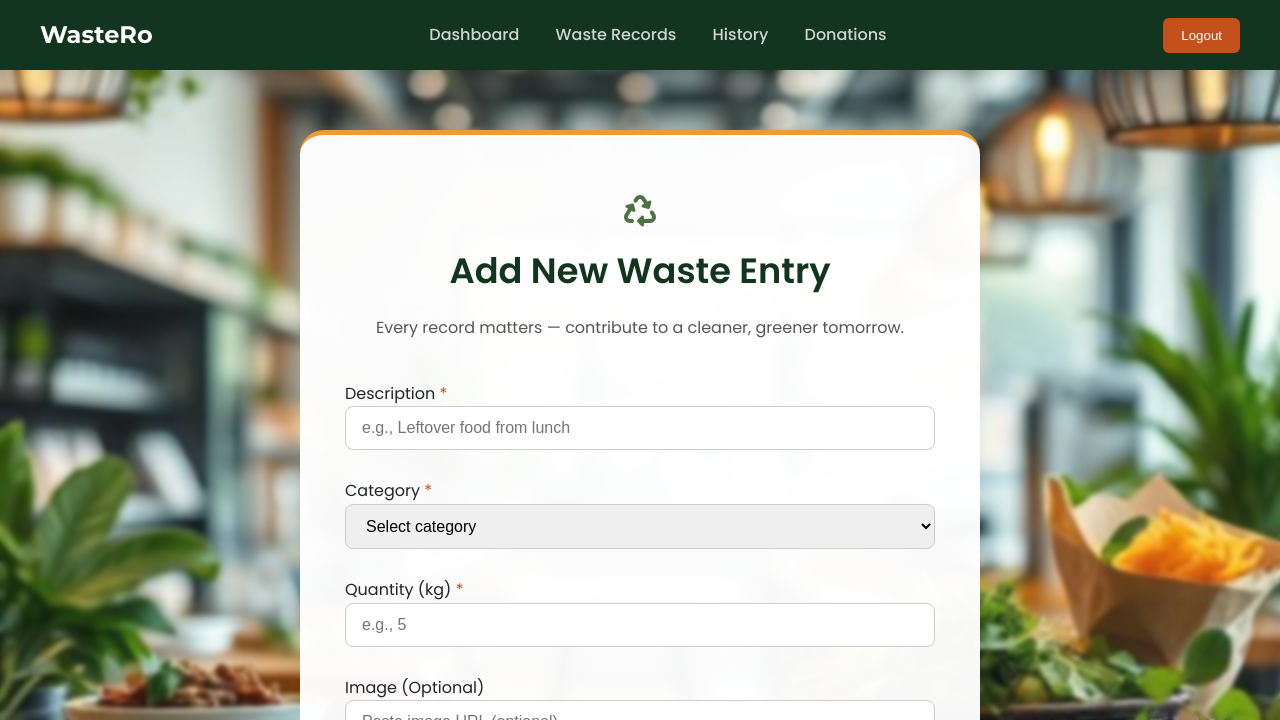
Repository: mahekagrawal25/restaurant-waste-management
Page: frontend/addwaste.html
These files come from the project's save history. The page is drawn as it stood at one moment and after a run of saves; the edit follows.
The browser window is 1280 px wide. The pictures show the whole page.
An inner scrolling area shows only its first screen.

Above is the page before, as saved 2025-04-26 13:20:42.

### frontend/addwaste.html
<!DOCTYPE html>
<html lang="en">
  <head>
    <meta charset="UTF-8" />
    <meta name="viewport" content="width=device-width, initial-scale=1.0" />
    <title>Add Waste - WasteRo</title>
    <link rel="stylesheet" href="ngostyle.css" />
    <link
      rel="stylesheet"
      href="https://cdnjs.cloudflare.com/ajax/libs/font-awesome/6.4.0/css/all.min.css"
    />
    <link
      href="https://fonts.googleapis.com/css2?family=Poppins:wght@400;500;600&family=Montserrat:wght@700&display=swap"
      rel="stylesheet"
    />

    <style>
      :root {
        --dark-green: #13341E;
        --fern-green: #4E7145;
        --gamboge: #EB9C35;
        --sinopia: #C4501B;
        --sienna: #8A2B13;
      }

      html,
      body {
        margin: 0;
        padding: 0;
        height: 100%;
        overflow: hidden;
        font-family: "Poppins", sans-serif;
        background: url("./images/restro10.jpeg") no-repeat center center fixed;
        background-size: cover;
      }

      .page-wrapper {
        height: calc(100vh - 80px);
        display: flex;
        justify-content: center;
        align-items: flex-start;
        padding: 60px 20px 20px 20px;
        background-color: rgba(255, 255, 255, 0.05);
        backdrop-filter: blur(2px);
        -webkit-backdrop-filter: blur(2px);
        overflow-y: auto;
      }

      .waste-card {
        background: rgba(255, 255, 255, 0.97);
        border-radius: 24px;
        box-shadow: 0 12px 30px rgba(19, 52, 30, 0.15);
        width: 100%;
        max-width: 680px;
        padding: 60px 45px;
        box-sizing: border-box;
        border-top: 5px solid var(--gamboge);
      }

      .card-header {
        text-align: center;
        margin-bottom: 40px;
      }

      .card-header h1 {
        font-size: 2.2rem;
        margin: 12px 0;
        color: var(--dark-green);
      }

      .card-header p {
        font-size: 1rem;
        color: #555;
      }

      .card-header i {
        color: var(--fern-green);
      }

      .form-group {
        margin-bottom: 28px;
      }

      input,
      select {
        width: 100%;
        padding: 12px 16px;
        font-size: 1rem;
        border-radius: 8px;
        border: 1px solid #ccc;
        box-sizing: border-box;
      }

      label span {
        color: var(--sinopia);
      }

      .btn-submit {
        width: 100%;
        padding: 14px 20px;
        background-color: var(--fern-green);
        color: white;
        font-weight: 600;
        font-size: 1rem;
        border: none;
        border-radius: 8px;
        cursor: pointer;
        transition: background-color 0.3s ease;
      }

      .btn-submit:hover {
        background-color: var(--dark-green);
      }

      .footer {
        display: none;
      }

      .status-msg {
        margin-top: 20px;
        text-align: center;
        font-weight: 600;
      }

      .status-msg.success {
        color: var(--fern-green);
      }

      .status-msg.error {
        color: var(--sinopia);
      }





      .btn-logout {
        background: var(--sinopia);
        color: white;
        border: none;
        border-radius: 6px;
        padding: 10px 18px;
        cursor: pointer;
        font-weight: 500;
      }

      .btn-logout:hover {
        background: var(--sienna);
      }
    </style>
  </head>

  <body>
    <header class="navbar">
      <div class="nav-container">
        <div class="logo">WasteRo</div>
        <nav>
          <a href="restaurant_dashboard.html">Dashboard</a>
          <a href="waste-records.html" class="active">Waste Records</a>
          <a href="history.html">History</a>
          <a href="donations.html">Donations</a>
        </nav>
        <button id="logoutBtn" class="btn-logout">Logout</button>
      </div>
    </header>

    <div class="page-wrapper">
      <div class="waste-card">
        <div class="card-header">
          <i class="fas fa-recycle fa-2x"></i>
          <h1>Add New Waste Entry</h1>
          <p>
            Every record matters — contribute to a cleaner, greener tomorrow.
          </p>
        </div>

        <form id="addWasteForm" class="waste-form">
          <!-- Optional: user_id can be filled dynamically by backend or JS -->
          <input type="hidden" id="user_id" name="user_id" />

          <div class="form-group">
            <label for="description">Description <span>*</span></label>
            <input
              type="text"
              id="description"
              name="description"
              required
              placeholder="e.g., Leftover food from lunch"
            />
          </div>

          <div class="form-group">
            <label for="category">Category <span>*</span></label>
            <select id="category" name="category" required>
              <option value="">Select category</option>
              <option value="Plastic">Plastic</option>
              <option value="Food">Food</option>
              <option value="Cardboard">Cardboard</option>
              <option value="Glass">Glass</option>
              <option value="Other">Other</option>
            </select>
          </div>

          <div class="form-group">
            <label for="quantity">Quantity (kg) <span>*</span></label>
            <input
              type="number"
              id="quantity"
              name="quantity"
              min="1"
              required
              placeholder="e.g., 5"
            />
          </div>

          <div class="form-group">
            <label for="image_url">Image (Optional)</label>
            <input
              type="url"
              id="image_url"
              name="image_url"
              placeholder="Paste image URL (optional)"
            />
          </div>

          <button type="submit" class="btn-submit">
            <i class="fas fa-paper-plane"></i> Submit Entry
          </button>
          <p id="statusMsg" class="status-msg"></p>
        </form>
      </div>
    </div>

    <footer class="footer">
      <p>&copy; 2025 WasteRo | All rights reserved</p>
    </footer>

    <!-- Optional: Add script for logout and form handling -->
    <script>
      document.getElementById("logoutBtn").addEventListener("click", () => {
        localStorage.removeItem("token"); // or sessionStorage depending on usage
        window.location.href = "index.html";
      });

      // Example submit handler
      document.getElementById("addWasteForm").addEventListener("submit", async (e) => {
        e.preventDefault();
        const form = e.target;
        const data = {
          user_id: document.getElementById("user_id").value,
          description: form.description.value,
          category: form.category.value,
          quantity: form.quantity.value,
          image_url: form.image_url.value
        };

        const statusMsg = document.getElementById("statusMsg");

        try {
          const res = await fetch("http://localhost:5000/api/waste/add", {
            method: "POST",
            headers: {
              "Content-Type": "application/json",
              Authorization: "Bearer " + localStorage.getItem("token"),
            },
            body: JSON.stringify(data)
          });

          const result = await res.json();

          if (res.ok) {
            statusMsg.textContent = "Waste entry submitted successfully!";
            statusMsg.className = "status-msg success";
            form.reset();
          } else {
            statusMsg.textContent = result.message || "Submission failed.";
            statusMsg.className = "status-msg error";
          }
        } catch (error) {
          statusMsg.textContent = "An error occurred. Try again.";
          statusMsg.className = "status-msg error";
        }
      });
    </script>
  </body>
</html>

### frontend/ngostyle.css
/* style.css - Enhanced Modern Elegant Theme */
:root {
  /* Color Palette */
  --dark-green: #13341E;
  --fern-green: #4E7145;
  --gamboge: #EB9C35;
  --sinopia: #C4501B;
  --sienna: #8A2B13;

  /* New Gradient Colors */
  --light-fern: #E8F0E6;
  --pale-gamboge: #FDF4E6;

  /* Supporting Colors */
  --white: #FFFFFF;
  --light-gray: #E9ECEF;
  --text-dark: #212529;
  --text-light: #5A6C5A;
}

/* Base Styles */
body {
  font-family: 'Poppins', sans-serif;
  margin: 0;
  padding: 0;
  background: linear-gradient(135deg, var(--light-fern) 0%, var(--pale-gamboge) 100%);
  color: var(--text-dark);
  line-height: 1.6;
  min-height: 100vh;
}

/* Typography */
h1, h2, h3 {
  font-weight: 600;
  color: var(--dark-green);
}

h1 {
  font-size: 2rem;
  margin-bottom: 1rem;
}

h2 {
  font-size: 1.5rem;
}

h3 {
  font-size: 1.25rem;
}

p {
  color: var(--text-light);
  margin-bottom: 1.5rem;
}

/* Navigation Bar */
.navbar {
  background-color: var(--dark-green);
  padding: 1rem 2rem;
  box-shadow: 0 2px 10px rgba(0, 0, 0, 0.1);
}

.nav-container {
  display: flex;
  justify-content: space-between;
  align-items: center;
  max-width: 1200px;
  margin: 0 auto;
}

.logo {
  font-family: 'Montserrat', sans-serif;
  font-weight: 700;
  font-size: 1.5rem;
  color: var(--white);
}

nav a {
  color: rgba(255, 255, 255, 0.8);
  text-decoration: none;
  margin: 0 1rem;
  font-weight: 500;
  transition: color 0.3s ease;
}

nav a:hover {
  color: var(--white);
}

.btn-logout {
  background-color: var(--sinopia);
  color: var(--white);
  border: none;
  padding: 0.5rem 1.25rem;
  border-radius: 4px;
  font-weight: 500;
  cursor: pointer;
  transition: all 0.3s ease;
}

.btn-logout:hover {
  background-color: var(--sienna);
  transform: translateY(-2px);
}

/* Main Container */
.container {
  max-width: 1200px;
  margin: 2rem auto;
  padding: 0 2rem;
}

/* Enhanced Welcome Section */
.welcome-section {
  text-align: center;
  margin-bottom: 3rem;
  padding: 2.5rem;
  background: rgba(255, 255, 255, 0.95);
  border-radius: 16px;
  box-shadow: 0 8px 32px rgba(19, 52, 30, 0.1);
  border-left: 6px solid var(--gamboge);
  position: relative;
  overflow: hidden;
  transition: all 0.4s ease;
}

.welcome-section:hover {
  transform: translateY(-3px);
  box-shadow: 0 12px 36px rgba(19, 52, 30, 0.15);
}

.welcome-section::before {
  content: "";
  position: absolute;
  top: 0;
  left: 0;
  width: 100%;
  height: 4px;
  background: linear-gradient(90deg, var(--fern-green), var(--gamboge));
}

/* Enhanced Action Cards Grid */
.actions-grid {
  display: grid;
  grid-template-columns: repeat(auto-fit, minmax(280px, 1fr));
  gap: 2rem;
  margin-bottom: 3rem;
}

.action-card {
  background: rgba(255, 255, 255, 0.95);
  border-radius: 12px;
  padding: 2rem;
  text-align: center;
  cursor: pointer;
  transition: all 0.4s cubic-bezier(0.25, 0.8, 0.25, 1);
  box-shadow: 0 6px 18px rgba(19, 52, 30, 0.08);
  position: relative;
  overflow: hidden;
  border: none;
}

.action-card::after {
  content: "";
  position: absolute;
  bottom: 0;
  left: 0;
  width: 100%;
  height: 4px;
  background: linear-gradient(90deg, var(--fern-green), var(--gamboge));
  transition: all 0.3s ease;
}

.action-card:hover {
  transform: translateY(-8px);
  box-shadow: 0 14px 28px rgba(19, 52, 30, 0.15);
}

.action-card:hover::after {
  height: 6px;
}

.action-card i {
  font-size: 2.5rem;
  background: linear-gradient(135deg, var(--fern-green), var(--dark-green));
  -webkit-background-clip: text;
  background-clip: text;
  color: transparent;
  margin-bottom: 1.5rem;
  transition: all 0.3s ease;
}

.action-card:hover i {
  transform: scale(1.1);
}

.action-card h3 {
  margin-bottom: 1rem;
  color: var(--dark-green);
  position: relative;
}

.action-card p {
  color: var(--text-light);
  margin-bottom: 0;
  font-size: 0.95rem;
}

/* Enhanced Footer */
.footer {
  text-align: center;
  padding: 1.5rem;
  background: var(--dark-green);
  color: rgba(255, 255, 255, 0.85);
  margin-top: 4rem;
  position: relative;
}

.footer::before {
  content: "";
  position: absolute;
  top: 0;
  left: 0;
  width: 100%;
  height: 4px;
  background: linear-gradient(90deg, var(--gamboge), var(--sinopia));
}

.footer p {
  margin: 0;
  font-size: 0.9rem;
}

/* Utility Classes */
.text-center {
  text-align: center;
}

/* Responsive Adjustments */
@media (max-width: 768px) {
  .nav-container {
    flex-direction: column;
  }

  nav {
    margin: 1rem 0;
  }

  .actions-grid {
    grid-template-columns: 1fr;
    gap: 1.5rem;
  }

  .welcome-section {
    padding: 2rem 1.5rem;
  }

  .action-card {
    padding: 1.75rem;
  }
}

After the next 6 saves:
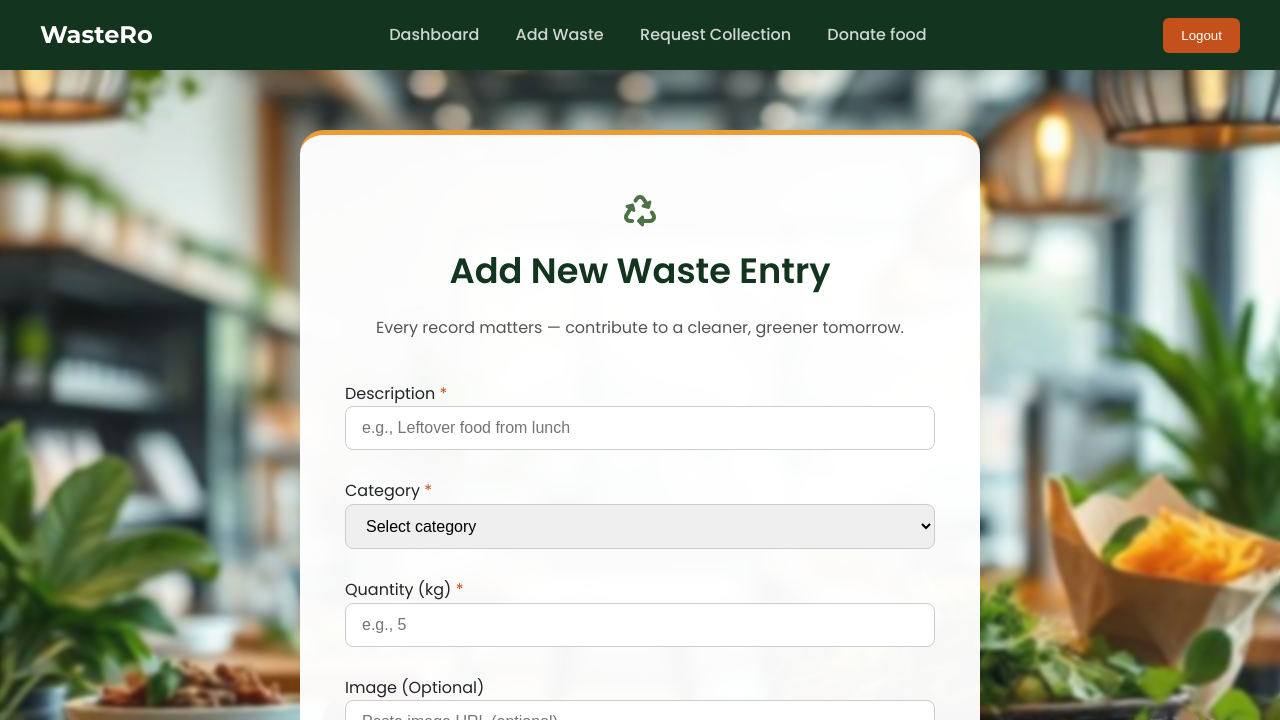
The 6 saves are shown as one change because they came seconds apart.
The last was saved 73 s later.
--- a/frontend/addwaste.html
+++ b/frontend/addwaste.html
@@ -156,9 +156,9 @@
         <div class="logo">WasteRo</div>
         <nav>
           <a href="restaurant_dashboard.html">Dashboard</a>
-          <a href="waste-records.html" class="active">Waste Records</a>
-          <a href="history.html">History</a>
-          <a href="donations.html">Donations</a>
+          <a href="addwaste.html">Add Waste</a>
+          <a href="request-collection.html">Request Collection</a>
+          <a href="donations.html">Donate food</a>
         </nav>
         <button id="logoutBtn" class="btn-logout">Logout</button>
       </div>
